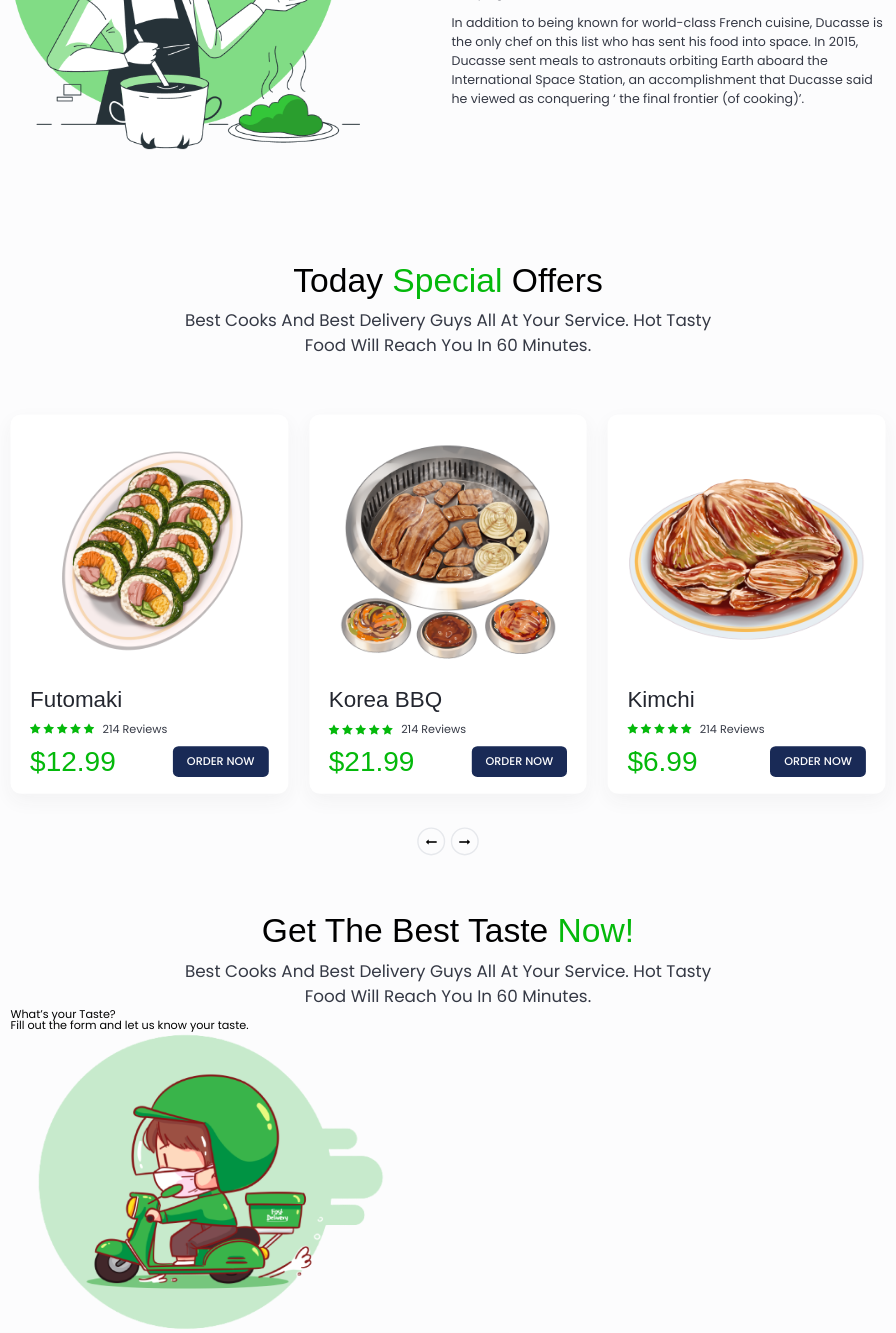
Repository: Toan3333/fooz
Page: index.html
The author's editor kept a copy of each file at every save. The page is drawn from the files as they stood at one save, then again after the next save.
The browser window is 1280 px wide. The pictures show the part of the page from y = 2050 to 3970 px (the page is 3954 px tall before and 3970 px after), at 70% of full size.
Some web fonts or font styles are not loaded; a fallback is used.

Above is the page before, as saved 2023-05-22 10:00:30.

### index.html
<!DOCTYPE html>
<html lang="en">
  <head>
    <meta charset="UTF-8" />
    <meta http-equiv="X-UA-Compatible" content="IE=edge" />
    <meta name="viewport" content="width=device-width, initial-scale=1.0" />
    <title>Foodz</title>
    <link rel="stylesheet" href="./assets/css/style.css" />
    <link
      href="https://fonts.googleapis.com/css?family=Poppins:100,100italic,200,200italic,300,300italic,regular,italic,500,500italic,600,600italic,700,700italic,800,800italic,900,900italic"
      rel="stylesheet"
    />
    <link
      href="https://fonts.googleapis.com/css?family=Alice:regular"
      rel="stylesheet"
    />
    <link
      rel="stylesheet"
      href="https://cdnjs.cloudflare.com/ajax/libs/font-awesome/4.7.0/css/font-awesome.min.css"
    />
  </head>
  <body>
    <div class="app">
      <!-- header -->
      <header class="header">
        <div class="container">
          <div class="header-main">
            <div class="header-logo">
              <img src="./assets/images/Logo.svg" alt="" />
            </div>
            <div class="header-menu">
              <ul class="header-nav">
                <li class="header-list">
                  <a href="#" class="header-link active">Home</a>
                </li>
                <li class="header-list">
                  <a href="#" class="header-link">Menu</a>
                </li>
                <li class="header-list">
                  <a href="#" class="header-link">Blog</a>
                </li>
                <li class="header-list">
                  <a href="#" class="header-link">About us</a>
                </li>
                <li class="header-list">
                  <a href="#" class="header-link">Contact</a>
                </li>
              </ul>
            </div>
            <div class="header-auth">
              <div class="header-icon">
                <a href="#">
                  <i class="fa fa-user" aria-hidden="true"></i>
                </a>
                <a href="#">
                  <i class="fa fa-search" aria-hidden="true"></i>
                </a>
                <a href="#">
                  <i class="fa fa-shopping-cart" aria-hidden="true"></i>
                </a>
              </div>
            </div>
          </div>
        </div>
      </header>
      <!-- header end -->

      <!-- hero -->
      <section class="hero">
        <div class="container">
          <div class="hero-main">
            <div class="hero-content">
              <h2 class="hero-title">You’ve Got Questions We’ve Got Taste</h2>
              <div class="hero-desc">
                Explore your Taste with speacial food in the special place. This
                text don’t have any meaning
              </div>
              <div class="hero-cta">
                <div class="hero-btn">
                  <button class="button-primary">ORDER NOW</button>
                  <span>Explore menu</span>
                </div>
              </div>
              <div class="hero-info">
                <div class="hero-list">
                  <div class="hero-item">
                    <div class="hero-number">9+</div>
                    <div class="hero-text">years of service.</div>
                  </div>
                  <div class="hero-item">
                    <div class="hero-number">120+</div>
                    <div class="hero-text">Store in the world.</div>
                  </div>
                </div>
              </div>
            </div>
            <div class="hero-image">
              <img src="./assets/images/hero-bg.png" alt="" />
            </div>
          </div>
        </div>
      </section>
      <!-- hero end -->

      <!-- service -->
      <section class="service">
        <div class="container">
          <div class="text-center__primary">
            How we keep your meal <span class="text-primary">Delicious</span>
          </div>
          <div class="service-list">
            <div class="service-item">
              <div class="service-icon">
                <a href="#"
                  ><svg
                    width="48"
                    height="48"
                    viewBox="0 0 48 48"
                    fill="none"
                    xmlns="http://www.w3.org/2000/svg"
                  >
                    <path
                      fill-rule="evenodd"
                      clip-rule="evenodd"
                      d="M6 4C4.89543 4 4 4.89543 4 6C4 7.10457 4.89543 8 6 8H8V36C8 40.4183 11.5817 44 16 44H32C36.4183 44 40 40.4183 40 36V8H42C43.1046 8 44 7.10457 44 6C44 4.89543 43.1046 4 42 4H6ZM36 8H12V36C12 38.2091 13.7909 40 16 40H32C34.2091 40 36 38.2091 36 36V8Z"
                      fill="#777E91"
                    />
                    <path
                      d="M25.4142 14.5858C24.6332 13.8047 23.3668 13.8047 22.5858 14.5858L16.5858 20.5858C15.8047 21.3668 15.8047 22.6332 16.5858 23.4142C17.3668 24.1953 18.6332 24.1953 19.4142 23.4142L22 20.8284V32C22 33.1046 22.8954 34 24 34C25.1046 34 26 33.1046 26 32V20.8284L28.5858 23.4142C29.3668 24.1953 30.6332 24.1953 31.4142 23.4142C32.1953 22.6332 32.1953 21.3668 31.4142 20.5858L25.4142 14.5858Z"
                      fill="#777E91"
                    />
                  </svg>
                </a>
              </div>
              <h3 class="service-title">Receive The Order</h3>
              <div class="service-desc">
                That help us know what delicious meal you will try, but I don’t
                write anything
              </div>
            </div>
            <div class="service-item">
              <div class="service-icon">
                <a href="#">
                  <svg
                    width="49"
                    height="48"
                    viewBox="0 0 49 48"
                    fill="none"
                    xmlns="http://www.w3.org/2000/svg"
                  >
                    <path
                      fill-rule="evenodd"
                      clip-rule="evenodd"
                      d="M4.5 26C4.5 22.6863 7.18629 20 10.5 20H38.5C41.8137 20 44.5 22.6863 44.5 26C44.5 35.9411 36.4411 44 26.5 44H22.5C12.5589 44 4.5 35.9411 4.5 26ZM10.5 24H38.5C39.6046 24 40.5 24.8954 40.5 26C40.5 26.679 40.4517 27.3468 40.3582 28H8.64178C8.54834 27.3468 8.5 26.679 8.5 26C8.5 24.8954 9.39543 24 10.5 24ZM9.84726 32C12.0942 36.7299 16.9152 40 22.5 40H26.5C32.0848 40 36.9058 36.7299 39.1527 32H9.84726Z"
                      fill="#777E91"
                    />
                    <path
                      d="M18.5 4C19.6046 4 20.5 4.89543 20.5 6C20.5 8.45315 19.8455 9.78123 19.2889 10.8944L19.2729 10.9263C18.8372 11.7975 18.5 12.4717 18.5 14C18.5 15.1046 17.6046 16 16.5 16C15.3954 16 14.5 15.1046 14.5 14C14.5 11.5468 15.1545 10.2188 15.7111 9.10557L15.7271 9.07371C16.1628 8.20251 16.5 7.52827 16.5 6C16.5 4.89543 17.3954 4 18.5 4Z"
                      fill="#777E91"
                    />
                    <path
                      d="M26.5 4C27.6046 4 28.5 4.89543 28.5 6C28.5 8.45315 27.8455 9.78123 27.2889 10.8944L27.2729 10.9263C26.8372 11.7975 26.5 12.4717 26.5 14C26.5 15.1046 25.6046 16 24.5 16C23.3954 16 22.5 15.1046 22.5 14C22.5 11.5468 23.1545 10.2188 23.7111 9.10557L23.7271 9.07371C24.1628 8.20251 24.5 7.52827 24.5 6C24.5 4.89543 25.3954 4 26.5 4Z"
                      fill="#777E91"
                    />
                    <path
                      d="M36.5 6C36.5 4.89543 35.6046 4 34.5 4C33.3954 4 32.5 4.89543 32.5 6C32.5 7.52827 32.1628 8.20251 31.7271 9.07371L31.7111 9.10557C31.1545 10.2188 30.5 11.5468 30.5 14C30.5 15.1046 31.3954 16 32.5 16C33.6046 16 34.5 15.1046 34.5 14C34.5 12.4717 34.8372 11.7975 35.2729 10.9263L35.2889 10.8944C35.8455 9.78123 36.5 8.45315 36.5 6Z"
                      fill="#777E91"
                    />
                  </svg>
                </a>
              </div>
              <h3 class="service-title">Prepair your Meal</h3>
              <div class="service-desc">
                That help us know what delicious meal you will try, but I don’t
                write anything
              </div>
            </div>
            <div class="service-item">
              <div class="service-icon">
                <a href="#">
                  <svg
                    width="48"
                    height="48"
                    viewBox="0 0 48 48"
                    fill="none"
                    xmlns="http://www.w3.org/2000/svg"
                  >
                    <path
                      fill-rule="evenodd"
                      clip-rule="evenodd"
                      d="M0 14C0 10.6863 2.68629 8 6 8H22C25.3137 8 28 10.6863 28 14V32C28 34.2091 26.2091 36 24 36H16V32H23C23.5523 32 24 31.5523 24 31V14C24 12.8954 23.1046 12 22 12H6C4.89543 12 4 12.8954 4 14V30C4 31.1046 4.89543 32 6 32H8V36H6C2.68629 36 0 33.3137 0 30V14Z"
                      fill="#777E91"
                    />
                    <path
                      fill-rule="evenodd"
                      clip-rule="evenodd"
                      d="M24 14H36.4502C37.9458 14 39.3875 14.5586 40.4927 15.5663L46.0425 20.6264C47.2894 21.7633 48 23.3727 48 25.0601V30C48 33.3137 45.3137 36 42 36H40V32H42C43.1046 32 44 31.1046 44 30V25.0601C44 24.4976 43.7631 23.9612 43.3475 23.5822L37.7977 18.5221C37.4293 18.1862 36.9488 18 36.4502 18H30C28.8954 18 28 18.8954 28 20V31C28 31.5523 28.4477 32 29 32H32V36H24V14Z"
                      fill="#777E91"
                    />
                    <path
                      fill-rule="evenodd"
                      clip-rule="evenodd"
                      d="M12 36C13.1046 36 14 35.1046 14 34C14 32.8954 13.1046 32 12 32C10.8954 32 10 32.8954 10 34C10 35.1046 10.8954 36 12 36ZM12 40C15.3137 40 18 37.3137 18 34C18 30.6863 15.3137 28 12 28C8.68629 28 6 30.6863 6 34C6 37.3137 8.68629 40 12 40Z"
                      fill="#777E91"
                    />
                    <path
                      fill-rule="evenodd"
                      clip-rule="evenodd"
                      d="M36 36C37.1046 36 38 35.1046 38 34C38 32.8954 37.1046 32 36 32C34.8954 32 34 32.8954 34 34C34 35.1046 34.8954 36 36 36ZM36 40C39.3137 40 42 37.3137 42 34C42 30.6863 39.3137 28 36 28C32.6863 28 30 30.6863 30 34C30 37.3137 32.6863 40 36 40Z"
                      fill="#777E91"
                    />
                  </svg>
                </a>
              </div>
              <h3 class="service-title">Delivery your meal</h3>
              <div class="service-desc">
                That help us know what delicious meal you will try, but I don’t
                write anything
              </div>
            </div>
          </div>
        </div>
      </section>
      <!-- service end -->

      <!-- about -->
      <section class="about">
        <div class="container">
          <h2 class="text-center__primary about-center">
            19 <span class="text-primary">Michelin</span> Stars Chef
          </h2>
          <div class="about-main">
            <div class="about-image">
              <img src="./assets/images/about-bg.png" alt="" />
            </div>
            <div class="about-content">
              <div class="about-info">
                <div class="about-name">Alain Ducasse – 19 Michelin Stars</div>
                <div class="about-view">
                  View All Restaurant
                  <i class="fa fa-long-arrow-right" aria-hidden="true"></i>
                </div>
              </div>
              <div class="about-text">
                <p class="about-desc">
                  Considered by many to be one of the best chefs in the world,
                  he’s built a business empire over the years with 36
                  restaurants spanning across the globe. He’s also one of only
                  two chefs to hold 21 Michelin stars throughout his career and
                  the first chef to own restaurants carrying three Michelin
                  Stars in three cities.
                </p>
                <br />
                <p class="about-desc">
                  In addition to being known for world-class French cuisine,
                  Ducasse is the only chef on this list who has sent his food
                  into space. In 2015, Ducasse sent meals to astronauts orbiting
                  Earth aboard the International Space Station, an
                  accomplishment that Ducasse said he viewed as conquering ‘ the
                  final frontier (of cooking)’.
                </p>
              </div>
            </div>
          </div>
        </div>
      </section>
      <!-- about end -->

      <!-- special -->
      <section class="special">
        <div class="container">
          <div class="text-center__primary special-center">
            Today <span class="text-primary">special</span> offers
            <p class="text-bottom">
              Best cooks and best delivery guys all at your service. Hot tasty
              food will reach you in 60 minutes.
            </p>
          </div>
          <div class="special-list">
            <div class="special-item">
              <div class="special-image">
                <img src="./assets/images/special-1.png" alt="" />
                <i class="fa fa-heart" aria-hidden="true"></i>
                <i class="fa fa-eye" aria-hidden="true"></i>
              </div>
              <div class="special-title">Futomaki</div>
              <div class="special-rating">
                <div class="special-icon">
                  <i class="fa fa-star" aria-hidden="true"></i>
                  <i class="fa fa-star" aria-hidden="true"></i>
                  <i class="fa fa-star" aria-hidden="true"></i>
                  <i class="fa fa-star" aria-hidden="true"></i>
                  <i class="fa fa-star" aria-hidden="true"></i>
                </div>
                <div class="special-views">214 Reviews</div>
              </div>
              <div class="special-bottom">
                <div class="special-price">$12.99</div>
                <div class="special-button">
                  <button class="button-primary">ORDER NOW</button>
                </div>
              </div>
            </div>
            <div class="special-item">
              <div class="special-image">
                <img src="./assets/images/special-2.png" alt="" />
                <i class="fa fa-heart" aria-hidden="true"></i>
                <i class="fa fa-eye" aria-hidden="true"></i>
              </div>
              <div class="special-title">Korea BBQ</div>
              <div class="special-rating">
                <div class="special-icon">
                  <i class="fa fa-star" aria-hidden="true"></i>
                  <i class="fa fa-star" aria-hidden="true"></i>
                  <i class="fa fa-star" aria-hidden="true"></i>
                  <i class="fa fa-star" aria-hidden="true"></i>
                  <i class="fa fa-star" aria-hidden="true"></i>
                </div>
                <div class="special-views">214 Reviews</div>
              </div>
              <div class="special-bottom">
                <div class="special-price">$21.99</div>
                <div class="special-button">
                  <button class="button-primary">ORDER NOW</button>
                </div>
              </div>
            </div>
            <div class="special-item">
              <div class="special-image">
                <img src="./assets/images/special-3.png" alt="" />
                <i class="fa fa-heart" aria-hidden="true"></i>
                <i class="fa fa-eye" aria-hidden="true"></i>
              </div>
              <div class="special-title">Kimchi</div>
              <div class="special-rating">
                <div class="special-icon">
                  <i class="fa fa-star" aria-hidden="true"></i>
                  <i class="fa fa-star" aria-hidden="true"></i>
                  <i class="fa fa-star" aria-hidden="true"></i>
                  <i class="fa fa-star" aria-hidden="true"></i>
                  <i class="fa fa-star" aria-hidden="true"></i>
                </div>
                <div class="special-views">214 Reviews</div>
              </div>
              <div class="special-bottom">
                <div class="special-price">$6.99</div>
                <div class="special-button">
                  <button class="button-primary">ORDER NOW</button>
                </div>
              </div>
            </div>
          </div>
          <div class="special-arrows">
            <div class="special-main">
              <div class="special-btn-arrow">
                <i class="fa fa-long-arrow-left" aria-hidden="true"></i>
              </div>
              <div class="special-btn-arrow">
                <i class="fa fa-long-arrow-right" aria-hidden="true"></i>
              </div>
            </div>
          </div>
        </div>
      </section>
      <!-- special end-->

      <!-- form -->
      <section class="form">
        <div class="container">
          <div class="text-center__primary special-center">
            Get the best Taste <span class="text-primary">Now!</span>
            <p class="text-bottom">
              Best cooks and best delivery guys all at your service. Hot tasty
              food will reach you in 60 minutes.
            </p>
          </div>
          <div class="form-main">
            <div class="form-content">
              <div class="form-title">What’s your Taste?</div>
              <div class="form-text">
                Fill out the form and let us know your taste.
              </div>
            </div>
            <div class="form-image">
              <img src="./assets/images/form.png" alt="" />
            </div>
          </div>
        </div>
      </section>
      <!-- form end -->

      <!-- loader -->
      <div class="loader-container">
        <img src="./assets/images/loader.gif" alt="" />
      </div>
      <!-- loader end -->
    </div>
    <script src="./assets/js/app.js"></script>
  </body>
</html>

Loaded but not shown: assets/js/app.js (7 lines, source omitted); assets/css/style.css (483 lines, source omitted)

After the next save:
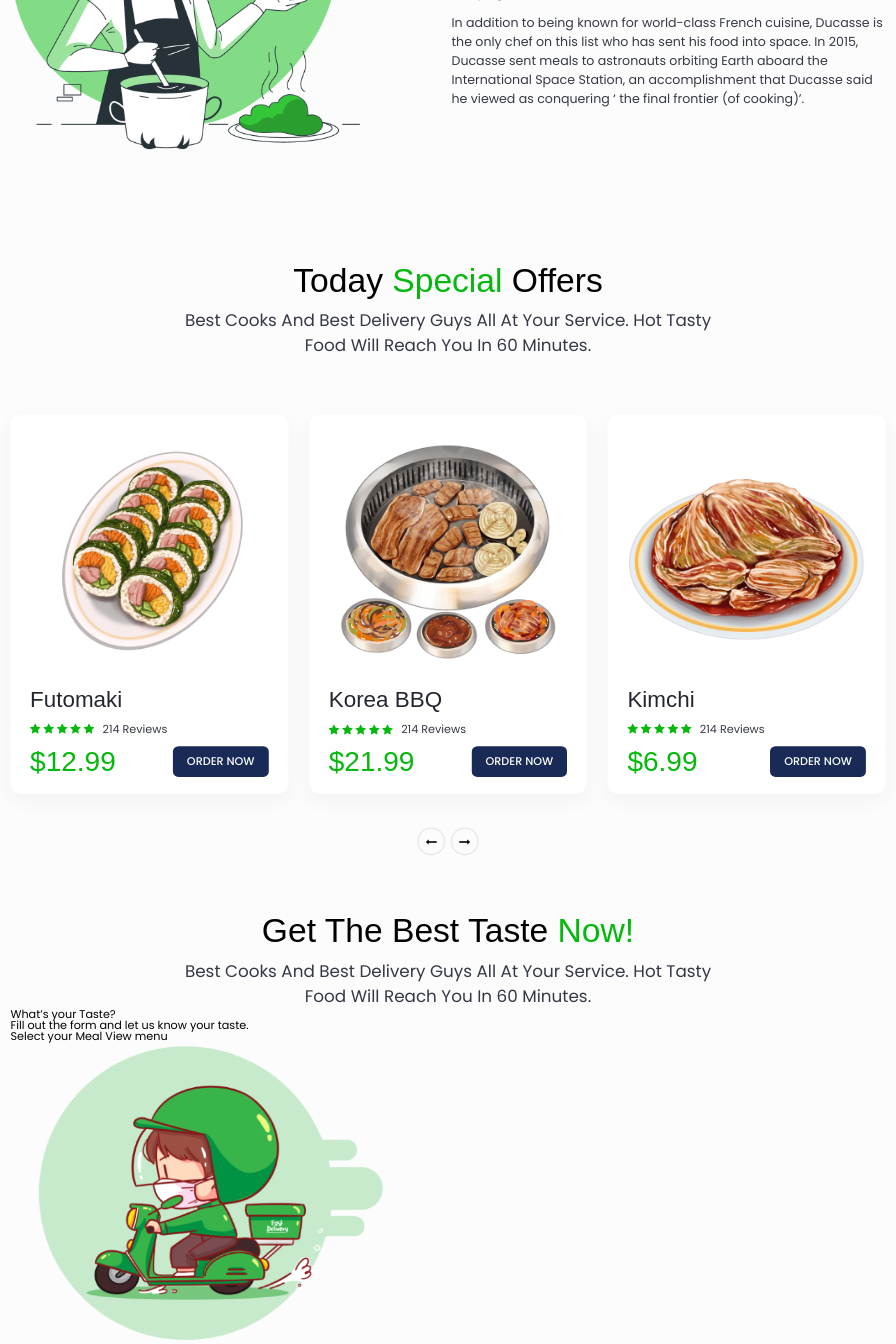
Saved 76 s later.
--- a/index.html
+++ b/index.html
@@ -380,6 +380,9 @@
               <div class="form-text">
                 Fill out the form and let us know your taste.
               </div>
+              <div class="form-meal">
+                Select your Meal <span>View menu</span>
+              </div>
             </div>
             <div class="form-image">
               <img src="./assets/images/form.png" alt="" />
